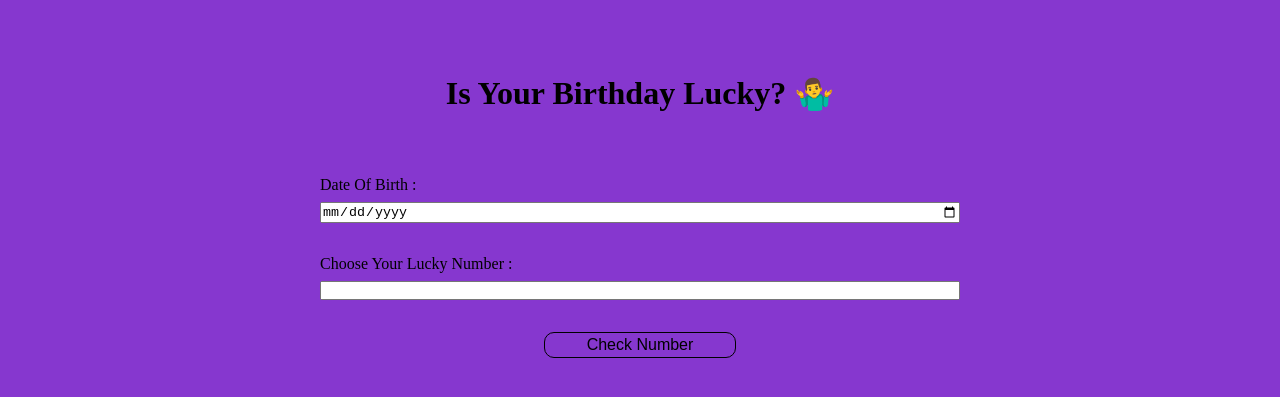
Repository: patelamancode/Lucky-Birthday-App
Page: index.html
These files come from the project's save history. The page is drawn as it stood at one moment and after a run of saves; the edit follows.
The browser window is 1280 px wide. The pictures show the whole page.

Above is the page before, as saved 2022-11-21 17:19:48.

### index.html
<!DOCTYPE html>
<html lang="en">
<head>
    <meta charset="UTF-8">
    <meta http-equiv="X-UA-Compatible" content="IE=edge">
    <meta name="viewport" content="width=device-width, initial-scale=1.0">
    <link rel="stylesheet" href="index.css">
    <title>Is your birthday lucky</title>
</head>
<body>
    <div id="main-container">
        <h1 class="app-title">Is Your Birthday Lucky? 🤷‍♂️</h1>
        <label for="date-of-birth" class="dob">Date Of Birth :</label>
        <input type="date" class="selected-dob">
        <label for="lucky-number" class="favourite-number">Choose Your Lucky Number :</label>
        <input type="number" class="user-number">
        <button id="check-btn">Check Number</button>
    </div>

</body>
</html>

### index.css
*{
    margin: 0;
    padding: 0;
}
 body{
    background-color: rgb(134, 55, 207);
 }

 #main-container {
    display: flex;
    flex-direction: column;
    width: 50vw;
    margin: auto;
    margin-top: 2rem;
    padding: 10px;
    text-align: center;
 }

 .app-title{
    margin: 2rem;
 }
 label{
    width: auto;
    text-align: left;
    margin-top: 2rem;
    margin-bottom: 0.5rem;
 }
 /* input{
    -webkit-appearance: none;
    box-shadow: none !important;
 } */
 button{
    margin: auto;
    margin-top: 2rem;

    width: 30%;
    padding: 3px;
    font-size: 1rem;
    font-weight: 500;
    border: 1px solid;
    background-color: rgb(134, 55, 207);
    border-radius: 10px;
 }

After the next 3 saves:
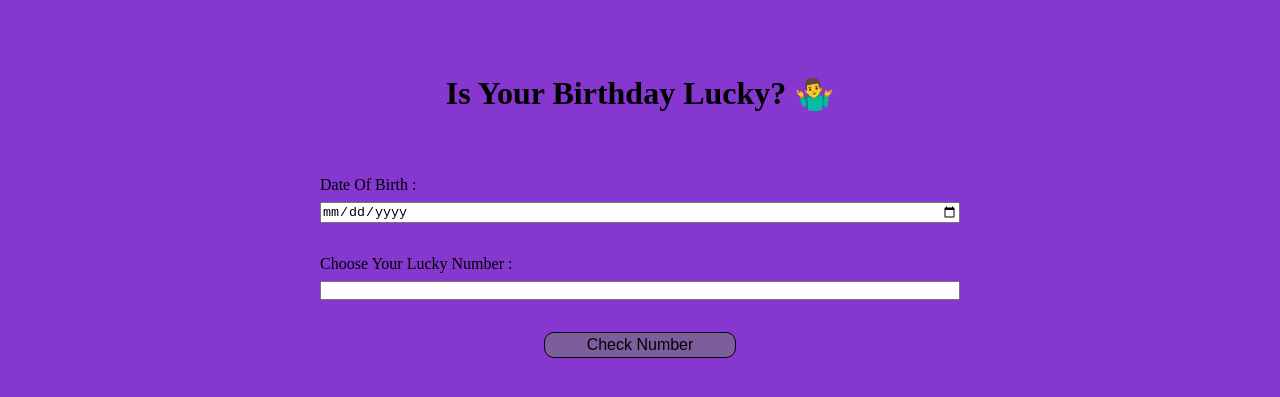
The 3 saves are shown as one change because they came seconds apart.
The last was saved 42 s later.
--- a/index.css
+++ b/index.css
@@ -38,6 +38,6 @@
     font-size: 1rem;
     font-weight: 500;
     border: 1px solid;
-    background-color: rgb(134, 55, 207);
+    background-color: rgb(126, 93, 156);
     border-radius: 10px;
  }
